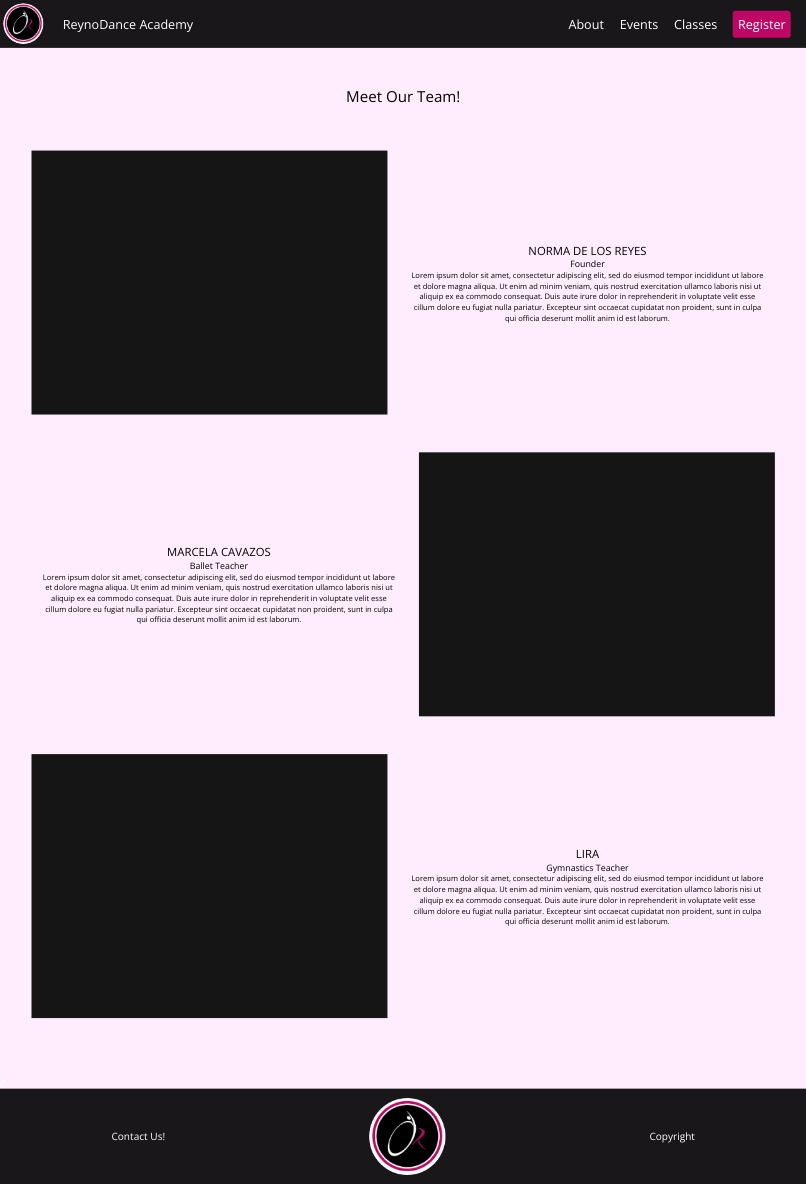
Repository: andreaelpz/reynodance-academy
Page: /about
The author's editor kept a copy of each file at every save. The page is drawn from the files as they stood at one save, then again after the next save.
The browser window is 1280 px wide. The pictures show the whole page, at 63% of full size.
The project was rebuilt for these pictures with package versions that can differ from the ones it lists, and the page was loaded fresh each time. Also part of the build but not shown: angular.json, src/app/classes/classes.component.ts, src/app/events/events.component.ts, src/app/sign-in/sign-in.component.ts, src/app/dashboard/dashboard.component.ts, src/app/home/home.component.ts, src/app/user/register/register.component.ts, src/app/login/login.component.ts.

Above is the page before, as saved 2024-11-18 21:14:19.

After the next save:
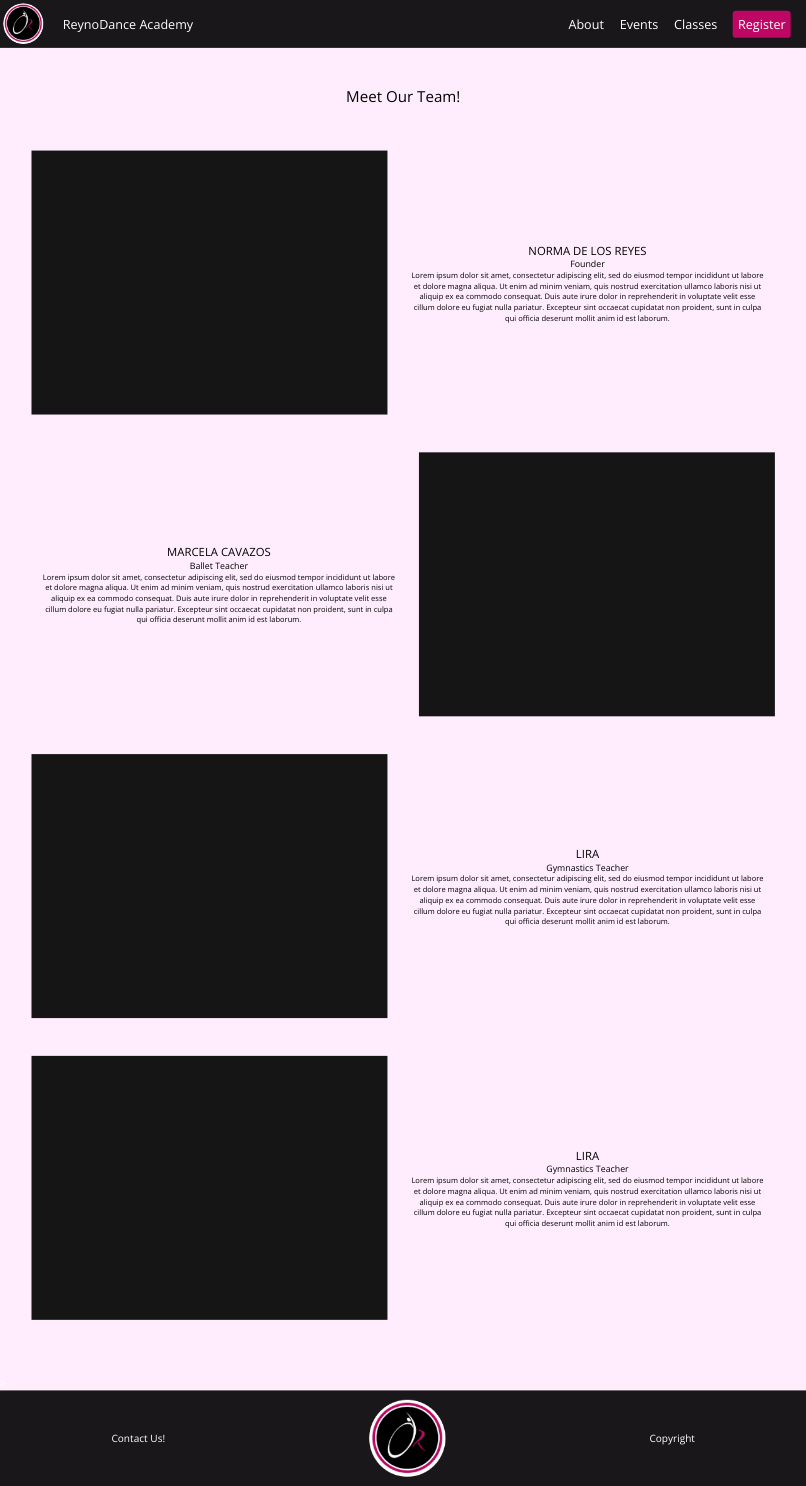
Saved 32 s later.
--- a/src/app/about/about.component.html
+++ b/src/app/about/about.component.html
@@ -23,4 +23,12 @@
             <div class = "teacherInfo">Lorem ipsum dolor sit amet, consectetur adipiscing elit, sed do eiusmod tempor incididunt ut labore et dolore magna aliqua. Ut enim ad minim veniam, quis nostrud exercitation ullamco laboris nisi ut aliquip ex ea commodo consequat. Duis aute irure dolor in reprehenderit in voluptate velit esse cillum dolore eu fugiat nulla pariatur. Excepteur sint occaecat cupidatat non proident, sunt in culpa qui officia deserunt mollit anim id est laborum.</div>
         </div>
     </div>
+
+    <div class = "teacher">
+        <img class = "teacherPhoto" src="/assets/images/norma.png">
+        <div class = "teacherTitle">LIRA
+            <div class = "teacherPos">Gymnastics Teacher</div>
+            <div class = "teacherInfo">Lorem ipsum dolor sit amet, consectetur adipiscing elit, sed do eiusmod tempor incididunt ut labore et dolore magna aliqua. Ut enim ad minim veniam, quis nostrud exercitation ullamco laboris nisi ut aliquip ex ea commodo consequat. Duis aute irure dolor in reprehenderit in voluptate velit esse cillum dolore eu fugiat nulla pariatur. Excepteur sint occaecat cupidatat non proident, sunt in culpa qui officia deserunt mollit anim id est laborum.</div>
+        </div>
+    </div>
 </div>>
